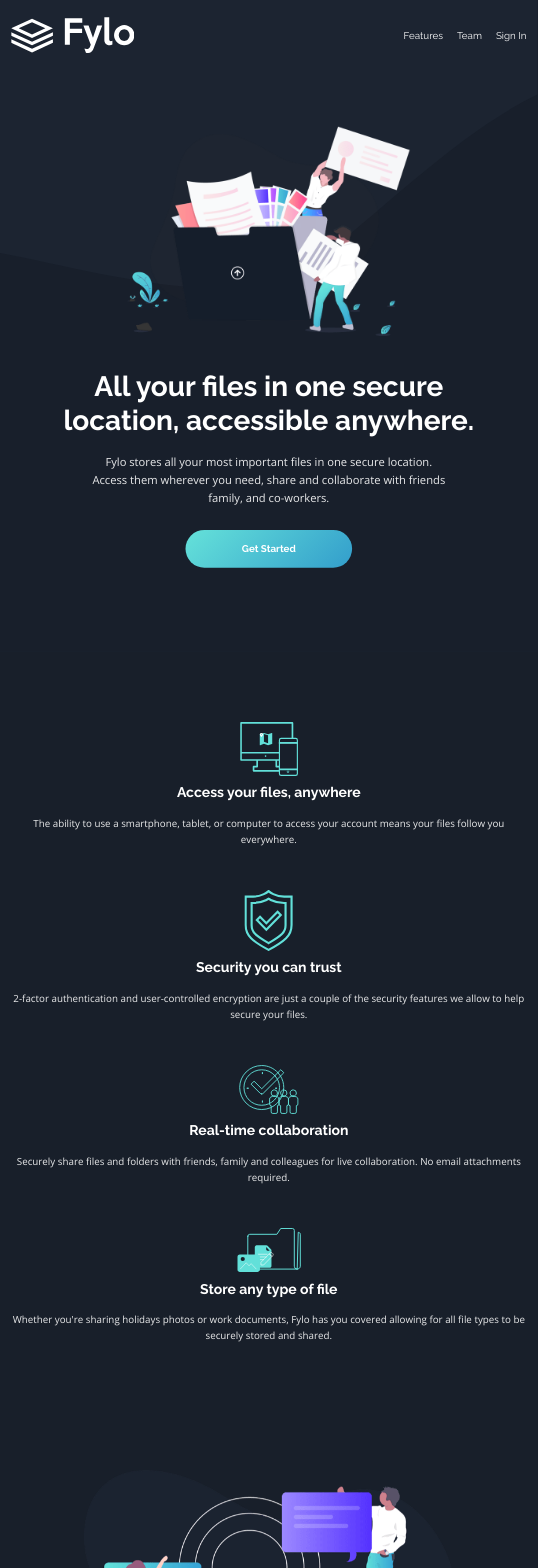
Repository: blordeus/fylo-dark-theme-landing-page
Page: index.html
An editor plug-in stored every save of this project. The page is shown before and after a run of saves, followed by the edit.
The browser window is 768 px wide. The pictures show the part of the page from y = 0 to 2240 px (the page is 4920 px tall before and 4892 px after), at 70% of full size.

Above is the page before, as saved 2025-07-01 18:44:27.

After the next 2 saves:
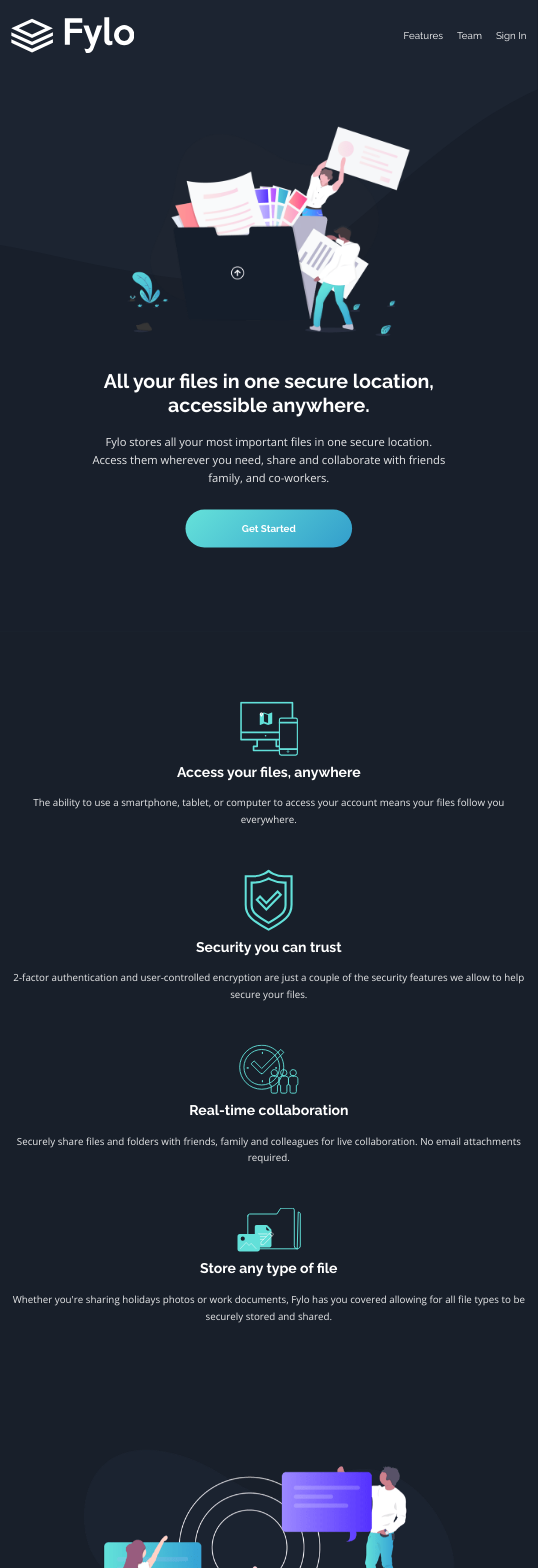
The 2 saves are shown as one change because they came seconds apart.
The last was saved 6 s later.
--- a/index.html
+++ b/index.html
@@ -582,7 +582,10 @@
                 gap: 20px;
             }
 
-            .hero
+            .hero {
+                          background-image: url(./images/bg-curvy-desktop.svg);
+
+            }
 
             .hero h1 {
                 font-size: 28px;
